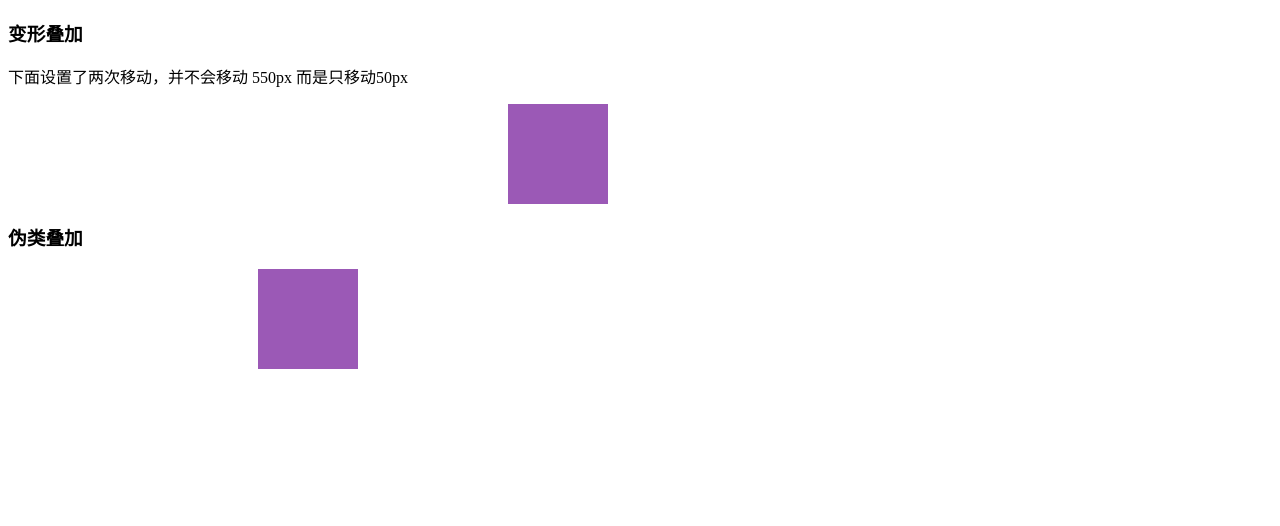
Repository: Aissd/animateDemo
Page: translate.html
An editor plug-in stored every save of this project. The page is shown before and after the next save, followed by the edit.
The browser window is 1280 px wide. The pictures show the whole page.

Above is the page before, as saved 2020-05-11 21:37:17.

### translate.html
<!DOCTYPE html>
<html lang="en">
<head>
    <meta charset="UTF-8">
    <meta name="viewport" content="width=device-width, initial-scale=1.0">
    <title>变形动画</title>
    <link rel="stylesheet" href="./css/translate.css" />
</head>
<body>
    <div class="container">
        <section class="demo-section">
            <h3>变形叠加</h3>
            <p>下面设置了两次移动，并不会移动 550px 而是只移动50px</p>
            <div class="demo01"></div>
        </section>

        <section class="demo-section">
            <h3>伪类叠加</h3>
            <div class="demo02"></div>
        </section>
    </div>
</body>
</html>

### css/translate.css
.demo01 {
    transform: translateX(500px);
    width: 100px;
    height: 100px;
    background: #9b59b6;
}

.demo01:nth-child(1) {
    transform: translateX(50px);
}

.demo02 {
    transition: 2s;
    transform: translateX(200px) translateX(50px);
    width: 100px;
    height: 100px;
    background: #9b59b6;
}

.demo02:hover {
    transition: 2s;
    transform: translateX(100px);
}

After the next save:
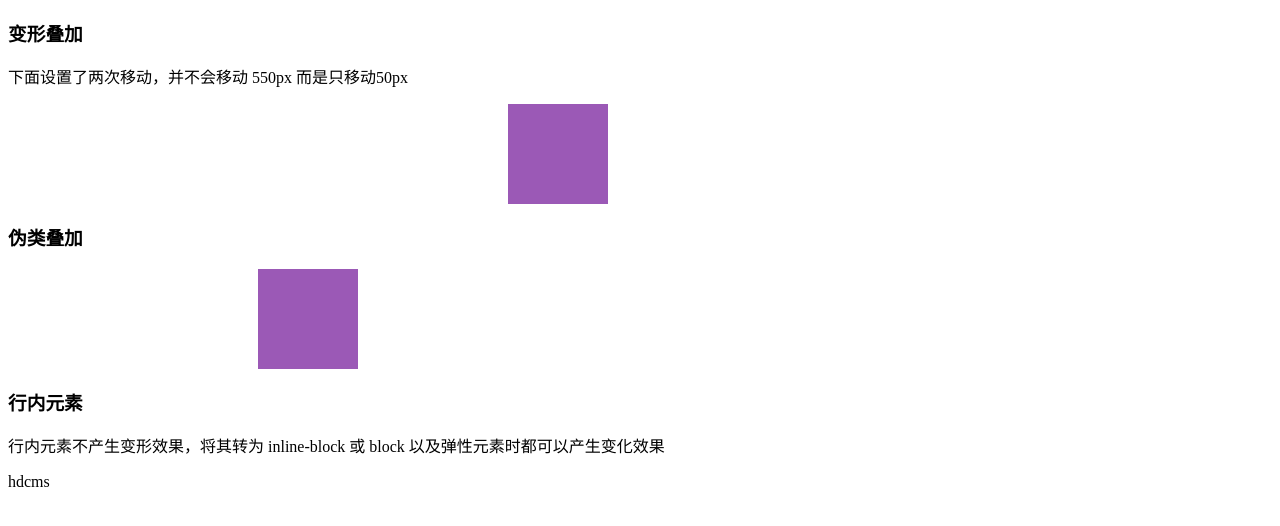
Saved 49 s later.
--- a/translate.html
+++ b/translate.html
@@ -18,6 +18,12 @@
             <h3>伪类叠加</h3>
             <div class="demo02"></div>
         </section>
+
+        <section class="demo-section">
+            <h3>行内元素</h3>
+            <p>行内元素不产生变形效果，将其转为 inline-block 或 block 以及弹性元素时都可以产生变化效果</p>
+            <span>hdcms</span>
+        </section>
     </div>
 </body>
 </html>
